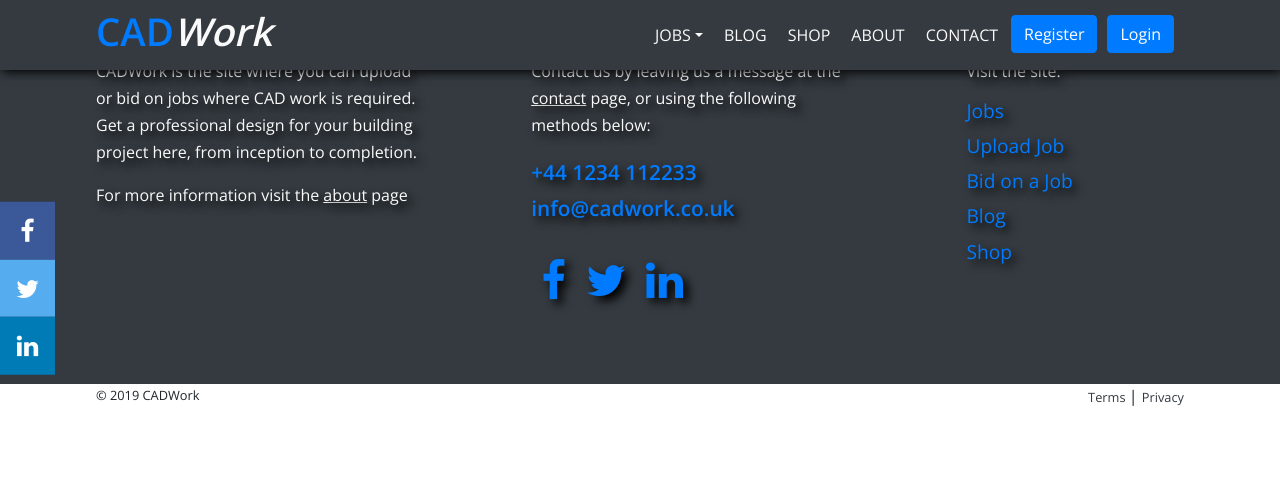
Repository: JShad30/cadwork
Page: templates/base.html
The author's editor kept a record of every edit. The page is drawn from the files as they stood at one moment, then again after the next edit.
The browser window is 1280 px wide. The pictures show the whole page.
The template is drawn by Django 2.2. The application's start-up code is not run. The template is opened directly, without the code that normally fills it, so the values that code supplies are empty.

Above is the page before.

After the next edit:
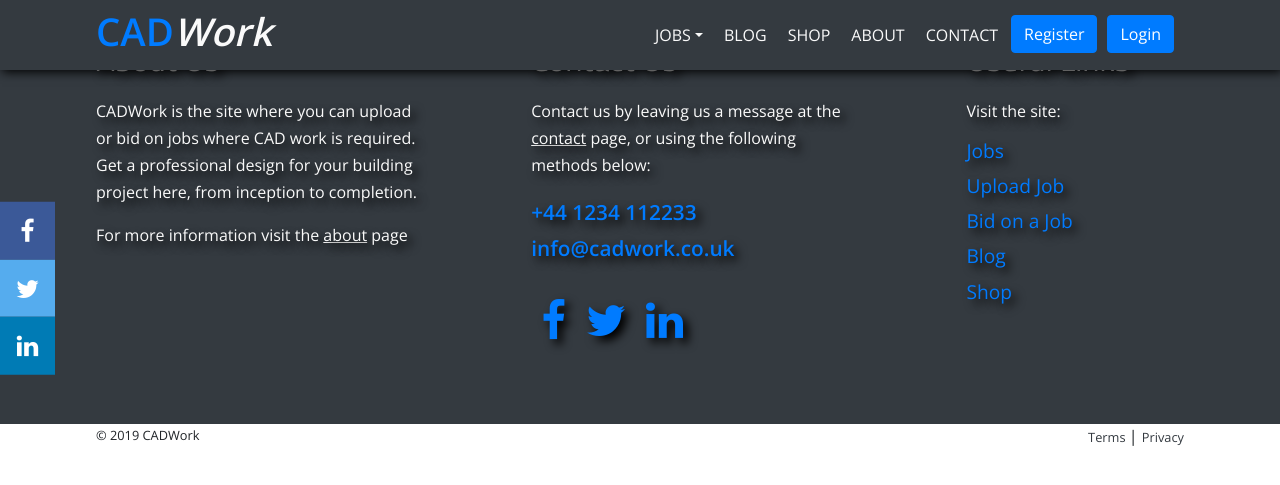
The edit:
--- a/templates/base.html
+++ b/templates/base.html
@@ -99,7 +99,7 @@
 
     <footer class="footer">
 		<div class="footer-top">
-			<div class="footer-container">
+			<div class="footer-container footer-top-container">
 	            <!--Links at the top of the footer section-->
 				<div class="footer-top-areas">
 					<!--Select the recipes by meal type-->
